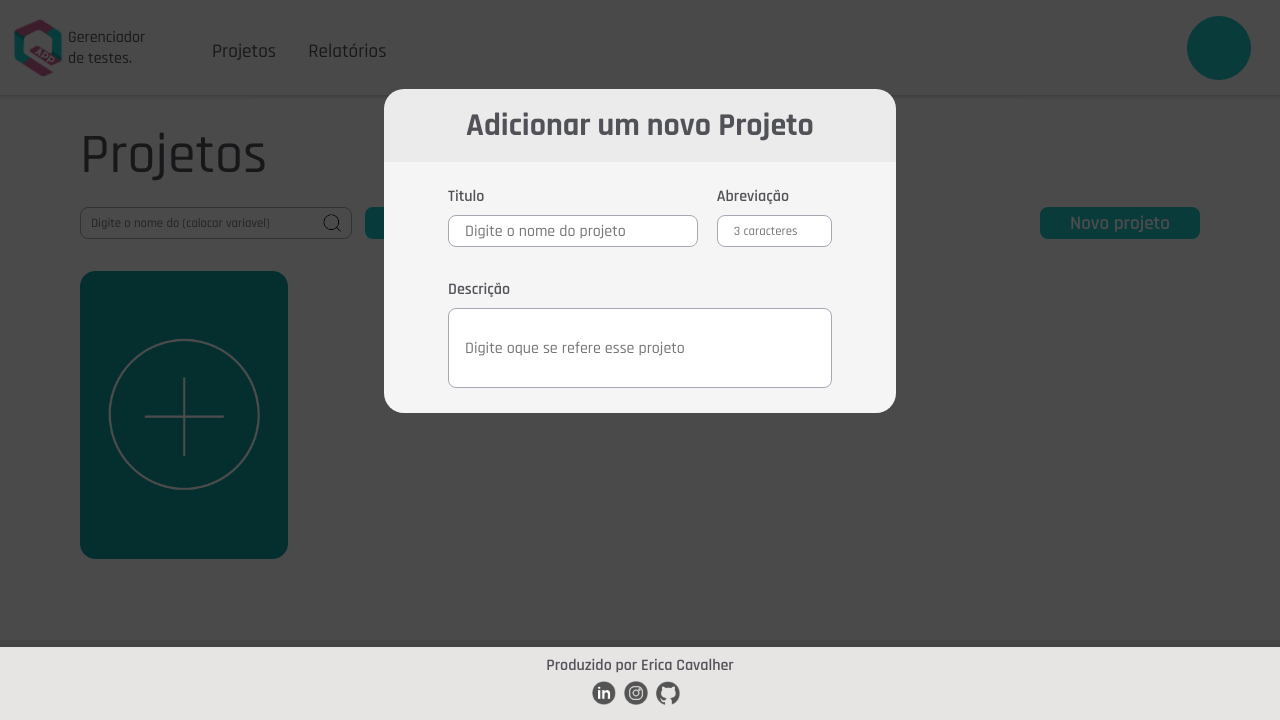
Repository: kika-cavalher/qapp-web
Page: /, after clicking the first element matching `div.btn-open-modal > button`
The author's editor kept a copy of each file at every save. The page is drawn from the files as they stood at one save, then again after the next save.
The browser window is 1280 px wide. The pictures show the whole page.
The page's requests for data from a server got no answer. The project was rebuilt for these pictures with package versions that can differ from the ones it lists, and the page was loaded fresh each time. No one was signed in, and anything a server would have sent is missing. Also part of the build but not shown: src/hooks/useAuth.ts, src/styles/pages/signIn.scss, src/components/Pages/auth/SignIn.tsx, src/styles/pages/signUp.scss, src/components/Pages/auth/SignUp.tsx. Imported but missing from the stored project, and not drawn on this page: src/components/PageDefault/head/logo/logo.

Above is the page before, as saved 2022-03-24 18:28:48.

### public/index.html
<!DOCTYPE html>
<html lang="pt-br">
  <head>
    <meta charset="utf-8" />
    <meta name="viewport" content="width=device-width, initial-scale=1" />

    <link rel="preconnect" href="https://fonts.googleapis.com">
    <link rel="preconnect" href="https://fonts.gstatic.com" crossorigin>
    <link href="https://fonts.googleapis.com/css2?family=Rajdhani:wght@300;400;500;600;700&display=swap" rel="stylesheet">

    <title>QApp</title>
  </head>
  <body>
    <noscript>You need to enable JavaScript to run this app.</noscript>
    <div id="root"></div>
  </body>
</html>

### src/index.tsx
import React from 'react';
import ReactDOM from 'react-dom';
import App from './App';

import './styles/styles.scss';
import './services/firebase'


ReactDOM.render(
  <React.StrictMode>
    <App />
  </React.StrictMode>,
  document.getElementById('root')
);

### src/App.tsx
import { AuthContextProvider } from './contexts/AuthContext'
import { BrowserRouter, Routes, Route } from "react-router-dom";

import { ProjectPage  } from "./components/Pages/project";
import { LoginPage } from "./components/Pages/auth/signIn";
import { RegisterPage } from "./components/Pages/auth/signUp";


function App() {
  return (
    <BrowserRouter>
      <AuthContextProvider>
        <Routes>
          <Route path="/" element={<ProjectPage  />} />
          <Route path="auth/sign-in" element={<LoginPage />} />
          <Route path="auth/sign-up" element={<RegisterPage  />} />
        </Routes>
      </AuthContextProvider>
    </BrowserRouter>
  );
}

export default App;

### src/styles/styles.scss
@import 'variables.scss';

* {
    box-sizing: border-box;
    margin: 0;
    padding: 0;
  }

  body {
    background: $white-offwhite;
    color: $dark-grey;
  }

  body, input, button, textarea {
    font: 400 16px 'Rajdhani', sans-serif;
  }

### src/services/firebase.ts
import firebase from 'firebase/compat/app';
import 'firebase/compat/auth';
import { getFirestore } from "firebase/firestore";


const firebaseConfig = {
  apiKey: process.env.REACT_APP_API_KEY,
  authDomain: process.env.REACT_APP_AUTH_DOMAIN,
  databaseURL: process.env.REACT_APP_DATABASE_URL,
  projectId: process.env.REACT_APP_PROJECT_ID,
  storageBucket: process.env.REACT_APP_STORAGE_BUCKET,
  messagingSenderId: process.env.REACT_APP_MESSAGING_SENDER_ID,
  appId: process.env.REACT_APP_APP_ID
};

firebase.initializeApp(firebaseConfig);

const auth = firebase.auth();
const database = getFirestore();

export { firebase, auth, database }

### src/contexts/AuthContext.tsx
import { createContext, ReactNode, useEffect, useState } from "react";
import { createUserWithEmailAndPassword, signInWithEmailAndPassword, getAuth } from "firebase/auth"
import firebase from "firebase/compat";


type User = {
  email: string;
  password: string;
}

type AuthContextProviderProps = {
  children?: ReactNode | undefined;
}

type AuthContextType = {
  user: User | undefined;
  signIn: (props: User) => Promise<void>;
  signUp: (props: User) => Promise<void>;
  // signInWithGoogle: () => Promise<void>;
}


export const AuthContext = createContext({} as AuthContextType);

export const AuthContextProvider = (props: AuthContextProviderProps) => {
  const [user, setUser] = useState<User>();
  const auth = getAuth();


  const signIn = async (props: User) => {
    signInWithEmailAndPassword(auth, props.email, props.password)
    .then((userCredential) => {
      if (!userCredential) {
        throw new Error('Missing information from Google Account.');
      }
      setUser({
        email: props.email,
        password: props.password
      })
    })
    .catch((error) => {
      console.log(error.code & error.message);
    })
  }


  const signUp = async (props: User) => {
    createUserWithEmailAndPassword(auth, props.email, props.password)
    .then((userCredential) => {
      console.log(userCredential.user);
    })
    .catch((error) => {
      console.log(error.code & error.message);
    })
  };

  // async function signInWithGoogle() {
  //   const provider = new firebase.auth.GoogleAuthProvider();
  //   const result = await auth.signInWithPopup(provider);
  //   .then((userCredential) => {
  //     if (!userCredential) {
  //       throw new Error('Missing information from Google Account.');
  //     }
  //     setUser({
  //       email: email,
  //       password: password
  //     })
  //   })
  //   .catch((error) => {
  //     console.log(error.code & error.message);
  //   })
  // }

  useEffect(() => {
    const unsubscribe = auth.onAuthStateChanged(user => {
      if (user) {
        const { email } = user

        if (!email) {
          throw new Error('Missing information from your Account.');
        }
        setUser({
          email: email,
          //erro , onde pega a senha?
          password: user.refreshToken
        })
      }
    })

    return () => {
      unsubscribe();
    }
  }, [])

  //useImperativeHandle?

  return (
    <AuthContext.Provider  value={{user, signIn, signUp}}>
      {props.children}
    </AuthContext.Provider>
  )

}

### src/components/Pages/project/index.tsx
import { useCallback, useRef } from "react";

import { TopMenu } from "../../PageDefault/head/menu";
import { Search } from "../../Global/search";
import { Footer } from "../../PageDefault/footer";
import Modals, { ModalHandles } from "../../Global/modal";
import { Button } from "../../Global/button";

import iconAdd from '../../../assets/icon/add.png';
import './style.scss'

export function ProjectPage () {
    const arrumarVariavel = "Projetos";
    const modalRef = useRef<ModalHandles>(null)

    const handleOpenModal = useCallback(() => {
        modalRef.current?.openModal();
    }, [])


    return (
        <div id="page-project">
            <TopMenu />
                <div className='page-project--main__container'>
                    <div className='page-project--container__title'>
                        <h1>{arrumarVariavel}</h1>
                    </div>
                <div className='page-project--container__options'>
                    <Search />
                    <Button
                    onClick={handleOpenModal}
                    className="btn-open-modal">
                        Novo projeto
                    </Button>
                </div>
                <Modals ref={modalRef}/>
                    <div className='page-project--cards'>
                        <div className='page-project--cards__new'>
                            <div className='page-project--cards__new--icon'>
                                <input className='page-project--cards__new--img' type="image" src={iconAdd} alt="icone de orientação para adicionar novo projeto"/>
                            </div>
                        </div>
                    </div>
                </div>
            <Footer />
        </div>
    )
}

### src/styles/variables.scss
//colors
$white: #fff;
$white-offwhite: #f8f8f8;
$dark-offwhite: #f5f5f5;

$transparente: rgba(255, 255, 255, -0.1);
$grey-with-transparency: rgba(0, 0, 0, 0.041);
$black-with-transparency: rgba(0, 0, 0, 0.7);

$light-grey: #e7e4e4;
$medium-grey: #c6c6c9;
$dark-grey: #515158;
$grey_border: #a8a8b3;

$turquoise: #1ac7c5;
$dark-greenish: #119d9c;

$dark-pink: #c86291;
$light-pink: #f8eaea;

$red_google: #ea4335;

// media queries
$monitor-width: 1300px;
@mixin monitor {
    @media (min-width: #{$monitor-width}) {
        @content;
    }
}

$notebook-width: 1300px;
$notebook-height: 700px;
@mixin notebook {
    @media (max-width: #{$notebook-width}) and (min-height: #{$notebook-height}){
        @content;
    }
}

$tablet-width: 850px;
@mixin tablet {
    @media (max-width: #{$tablet-width}){
        @content;
    }
}

$phone-width: 500px;
@mixin phone {
    @media (max-width: #{$phone-width}){
        @content;
    }
}

$screen-slim: 700px;
@mixin slim {
    @media (max-height: #{$screen-slim}) {
        @content;
    }
}

### src/components/PageDefault/head/menu/index.tsx
import { Link } from 'react-router-dom'

import './style.scss'
import Logo from '../logo';

export function TopMenu () {



    return (
        <div id="component--top-menu">
             <div className='component--top-menu__logo'>
                <Logo />
                <p>Gerenciador de testes.</p>
            </div>
            <div className='component--top-menu__pages'>
                <ul className='top-menu__list'>
                    <li className='top-menu__itens'>
                        <Link to='/' className='top-menu__pages--project'>Projetos
                        </Link>
                    </li>
                </ul>
                <ul className='top-menu__list'>
                    <li className='top-menu__itens'>
                        <Link to='/' className='top-menu__pages--reports'>Relatórios
                        </Link>
                    </li>
                </ul>
            </div>
            <div className='component--top-menu__user'>
                <div className='component--user__round'>
{/*                     <h1>{initials}</h1> */}
                </div>
            </div>
        </div>
    )
}

### src/components/Global/search/index.tsx
import { Button } from '../button';

import iconSearch from '../../../assets/icon/search.png';
import iconFilter from '../../../assets/icon/filter.png';
import './style.scss'


export function Search () {
    return (
        <div id="component--search">
            <div className='component--search__input'>
                <input type="text" placeholder="Digite o nome do (colocar variavel)"/>
                <div className='search__input--icon'>
                    <img id="icon-search" src={iconSearch} alt="icone de identificação visual do campo de busca" />
                </div>
            </div>
            <Button
            type="submit"
            className="btn__search">
                Buscar
            </Button>
            <div className='component--filters'>
                <img id="icon-filter" src={iconFilter} alt="icone de identificação visual das opções de filtragem" />
            </div>
        </div>
    )
}

### src/components/PageDefault/footer/index.tsx

import iconLinkedin from '../../../assets/icon/linkedin.png';
import iconInstagram from '../../../assets/icon/instagram.png';
import iconGithub from '../../../assets/icon/github.png';
import './style.scss';

export function Footer () {
    return (
        <div id="component--footer">
            <p>Produzido por Erica Cavalher</p>
            <div className='footer--list__social-media'>
                <img id="icon-add--linkedin" src={iconLinkedin} alt="icone de orientação para adicionar novo projeto" />
                <img id="icon-add--instagram" src={iconInstagram} alt="icone de orientação para adicionar novo projeto" />
                <img id="icon-add--github" src={iconGithub} alt="icone de orientação para adicionar novo projeto" />
            </div>
        </div>
    )
}

### src/components/Global/modal/index.tsx
import { forwardRef, useCallback, useImperativeHandle, useRef, useState } from "react"
import { Button } from "../button";

import './style.scss'

export interface ModalHandles {
    openModal: () => void;
}

const Modals: React.RefForwardingComponent<ModalHandles> = (props, ref) => {
    const titleRef = useRef<HTMLInputElement>(null);
    const abbreviationRef = useRef<HTMLInputElement>(null);
    const describeRef = useRef<HTMLInputElement>(null);
    const [visible, setVisible] = useState(false);

    const openModal = useCallback(() => {
        setVisible(true);
    }, []);

    useImperativeHandle(ref, () => {
        return {
            openModal
        };
    });

    const handleCloseModal = useCallback(() => {
        setVisible(false);
    }, []);

    if(!visible) {
        return null;
    }
    return (
        <div className="modal-out">
            <div className="modal">
            <div className="modal-header">
                <h1>Adicionar um novo Projeto</h1>
            </div>
            <div className="modal-content">
                <form className="modal-content--form">
                    <div className="modal-content--titleAndAbreviation">
                        <div className="modal-content--title">
                            <p className="modal---title">Titulo</p>
                            <input className="modal--title__input"
                            ref={titleRef}
                            type="text"
                            placeholder="Digite o nome do projeto">
                            </input>
                        </div>
                        <div className="modal-content--abbreviation">
                            <p className="modal--abbreviation">Abreviação</p>
                            <input className="modal--abbreviation__input"
                            ref={abbreviationRef}
                            type="text"
                            placeholder="3 caracteres">
                            </input>
                        </div>
                    </div>
                    <div className="modal-content--describe">
                        <p className="modal-content--describe__title">Descrição</p>
                        <input className="modal-content--describe_input"
                        ref={describeRef}
                        type="text-area"
                        placeholder="Digite oque se refere esse projeto">
                        </input>
                    </div>
                    <div className="btn">
                        <Button
                        onClick={handleCloseModal}
                        className="btn__send"
                        >Salvar</Button>
                    </div>
                </form>
                </div>
            </div>
        </div>

    )
}

export default forwardRef(Modals);

### src/components/Global/button/index.tsx

import './style.scss'

//usestate
//onchange
//value
//name


type Button = {
    className?: string
    children?: React.ReactNode
    type?: "button" | "submit" | "reset" | undefined,
    onClick?: () => void,
}

export function Button ({ className, children, onClick, type }: Button) {
    return (
        <div className={className} >
            <button
            onClick={onClick}
            type={type}
            >
                {children}
            </button>
        </div>
    )
}

### src/components/Pages/project/style.scss
@import '../../../styles/variables.scss';

#page-project {
    display: flex;
    flex-direction: column;
    justify-content: space-between;
    height: 100%;
    z-index: 1;
}

.page-project--main__container {
    margin: 1.5rem 5rem;
}

.page-project--container__title {

    h1 {
        color: $dark-grey;
        font-size: 3.5rem;
        font-weight: 500;
    }
}

.page-project--container__options {
        display: flex;
        flex-direction: row;
        justify-content: space-between;
}

.page-project--cards {
    /* Colocar grid 3 card maximo por linha.  */

    .page-project--cards__new {
        background-color: $dark-greenish;
        width: 13rem;
        height: 18rem;
        border: 1px solid $dark-greenish;
        border-radius: 15px;
        color: $dark-grey;
        margin: 1rem 0 3rem 0;

        .page-project--cards__new--icon {
            display: flex;
            align-items: center;
            justify-content: center;
            height: 18rem;

            .page-project--cards__new--img{
                height: 10rem;
                width: 10rem;
            }
        }
    }

}

### src/components/PageDefault/head/menu/style.scss
@import '../../../../styles//variables.scss';

#component--top-menu {
    background: $dark-offwhite;
    border-bottom: 0.5px solid #DAD2D2;
    box-shadow: 0px 2px 2px rgba(0, 0, 0, 0.10);
    display: flex;
    flex-direction: row;
    height: 6rem;
    justify-content: space-between;
}

.component--top-menu__logo {
    align-items: center;
    display: flex;
    flex-direction: row;
    margin-left: 0.5rem;

    #img-logo {
        cursor: pointer;
        height: 60px;
        width: 60px;

        @include phone {
            width: 50px;
        }
    }

    p {
        font-size: 1rem;
        font-weight: 500;
        margin-right: 2rem;
        width: 5rem;
    }
}

.component--top-menu__pages {
    align-items: flex-end;
    display: flex;
    font-size: 1.2rem;
    width: 100%;
    height: 4rem;

    .top-menu__itens {
        list-style: none;
        margin-left: 2rem;

        a {
            color: $dark-grey;
            cursor: pointer;
            font-weight: 500;
            text-decoration: none;
        }

        &:hover {
            margin-bottom: 2px;
            border-bottom: 2px solid $turquoise
        }
    }
}

.component--top-menu__user {
    align-items: center;
    display: flex;
    justify-content: center;
    width: 10rem;

    .component--user__round {
        align-items: center;
        background: $turquoise;
		border: 1px solid $turquoise;
        border-radius: 50%;
        display: flex;
		height: 4rem;
        justify-content: center;
        text-transform: uppercase;
        width: 4rem;

        h1 {
            color: $white
        }
    }
}

### src/components/PageDefault/head/logo/index.tsx
import { useNavigate } from 'react-router-dom';
import logoQapp from '../../../../assets/images/logoQapp.png';

export default function Logo() {

    const history = useNavigate();
    function navigateToHome(e: { preventDefault: () => void; }) {
        e.preventDefault();
        history('/');
    }


    return (
        <img onClick={navigateToHome} id="img-logo" src={logoQapp} alt="Logo da empresa QApp" />
    );
  }

### src/components/Global/search/style.scss
@import '../../../styles/variables.scss';

#component--search {
    display: flex;
    align-items: center;
}

.component--search__input {
    display: flex;
    align-items: center;
    margin-right: 0.8rem;

    input {
        background: $transparente;
        border: 1px solid $grey_border;
        border-radius: 8px;
        color: $dark-grey;
        font-size: 0.8rem;
        font-weight: 500;
        height: 2rem;
        margin: 0.5rem 0;
        outline: none;
        padding: 0 10px;
        width: 17rem;
        z-index:2;
    }

    .search__input--icon {
        align-items: flex-end;
        display: flex;
        flex-direction: column;
        position: absolute;
        width: 16.3rem;
        z-index:1;

        img {
            height: 1.1rem;
            width: 1.1rem;
        }
    }
}

.component--filters {
    margin-left: 0.8rem;

    img {
        height: 2rem;
        width: 2rem;
    }
}

### src/components/PageDefault/footer/style.scss
@import '../../../styles/variables.scss';

#component--footer {
    align-items: center;
    background-color: $light-grey;
    bottom: 0;
    display: flex;
    flex-direction: column;
    height: 5rem;
    justify-content: center;
    position: fixed;
    text-align: center;
    width: 100vw;

    p{
        font-size: 1rem;
        font-weight: 600;
    }

    img {
        margin: 0.3rem 0.5rem 0 0;
        height: 1.5rem;
        width: 1.5rem;
    }

}

.footer--list__social-media {
    display: flex;
    flex-direction: row;
}

### src/components/Global/button/style.scss
@import '../../../styles/variables.scss';

.btn__send {
    display: flex;
    flex-direction: column;
    align-items: center;

    button {
        align-items: center;
        background: $turquoise;
        border: 0;
        border-radius: 8px;
        color: $white;
        cursor: pointer;
        display: flex;
        flex-direction: row;
        font-weight: 600;
        height: 35px;
        justify-content: center;
        margin: 1rem 0;
        width: 10rem;

        @include monitor {
            font-size: 1.2rem;
        }

        @include notebook {
            font-size: 1.2rem;
        }

        @include tablet {
            font-size: 2rem;
            height: 45px;
            width: 15rem;
        }

        @include phone {
            font-size: 1.5rem;
            width: 10rem;
        }

        @include slim {
            font-size: 1.1rem;
            margin: 0.5rem 0;
            width: 8rem;
        }
    }
}

.btn__google {
    display: flex;
    flex-direction: column;
    align-items: center;

    button {
    align-items: center;
    background: $red_google;
    border: 0;
    border-radius: 8px;
    color: $white-offwhite;
    cursor: pointer;
    display: flex;
    flex-direction: row;
    transition: filter 0.2s;
    width: 100%;

        @include monitor {
            font-size: 1rem;
            height: 35px;
        }

        @include notebook {
            font-size: 0.9rem;
            height: 35px;
        }

        @include tablet {
            font-size: 1.2rem;
            height: 45px;
        }

        @include phone {
            font-size: 1rem;
            height: 45px;
        }

        @include slim {
            font-size: 0.8rem;
            height: 35px;
        }
    }

    #img-icon__google {
        margin: 0 5%;
        width: 20px;

        @include phone {
            margin: 0 3%;
            width: 15px;
        }

        @include slim {
            width: 15px;
        }
    }

}

.btn__search {
    display: flex;
    flex-direction: column;
    align-items: center;

    button {
        align-items: center;
        background: $turquoise;
        border: 0;
        border-radius: 8px;
        color: $white;
        cursor: pointer;
        display: flex;
        flex-direction: row;
        font-weight: 600;
        height: 2rem;
        justify-content: center;
        margin: 1rem 0;
        width: 10rem;

        @include monitor {
            font-size: 1.2rem;
        }

        @include notebook {
            font-size: 1.2rem;
        }

        @include tablet {
            font-size: 2rem;
            height: 45px;
            width: 10rem;
        }

        @include phone {
            font-size: 1.5rem;
            width: 7rem;
        }

        @include slim {
            font-size: 1.1rem;
            margin: 0.5rem 0;
            width: 5rem;
        }
    }
}

.btn-open-modal {
    display: flex;
    flex-direction: column;
    align-items: center;

    button {
        align-items: center;
        background: $turquoise;
        border: 0;
        border-radius: 8px;
        color: $white;
        cursor: pointer;
        display: flex;
        flex-direction: row;
        font-weight: 600;
        height: 2rem;
        justify-content: center;
        margin: 1rem 0;
        width: 10rem;

        @include monitor {
            font-size: 1.2rem;
        }

        @include notebook {
            font-size: 1.2rem;
        }

        @include tablet {
            font-size: 2rem;
            height: 45px;
            width: 15rem;
        }

        @include phone {
            font-size: 1.5rem;
            width: 10rem;
        }

        @include slim {
            font-size: 1.1rem;
            margin: 0.5rem 0;
            width: 8rem;
        }
    }
}

Loaded but not shown: src/components/Global/modal/style.scss (224 lines, source omitted)

After the next save:
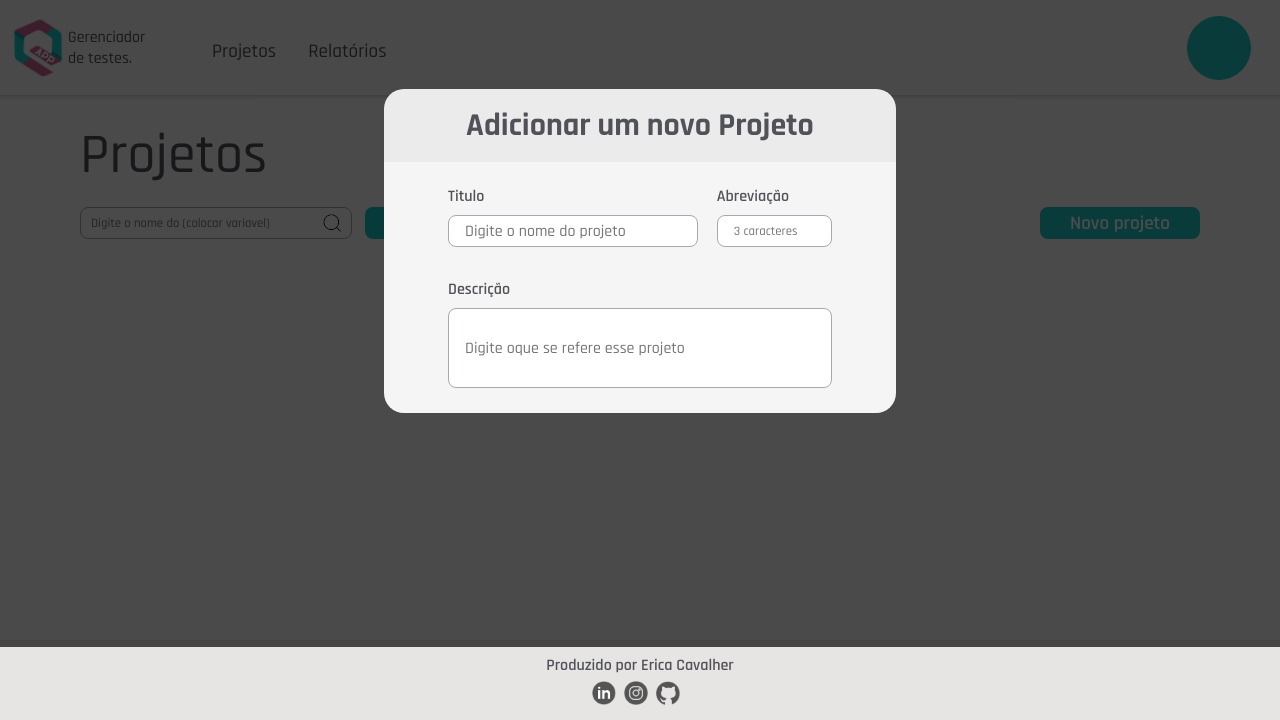
Saved 85 s later.
--- a/src/components/Pages/project/index.tsx
+++ b/src/components/Pages/project/index.tsx
@@ -34,13 +34,6 @@ export function ProjectPage () {
                     </Button>
                 </div>
                 <Modals ref={modalRef}/>
-                    <div className='page-project--cards'>
-                        <div className='page-project--cards__new'>
-                            <div className='page-project--cards__new--icon'>
-                                <input className='page-project--cards__new--img' type="image" src={iconAdd} alt="icone de orientação para adicionar novo projeto"/>
-                            </div>
-                        </div>
-                    </div>
                 </div>
             <Footer />
         </div>
